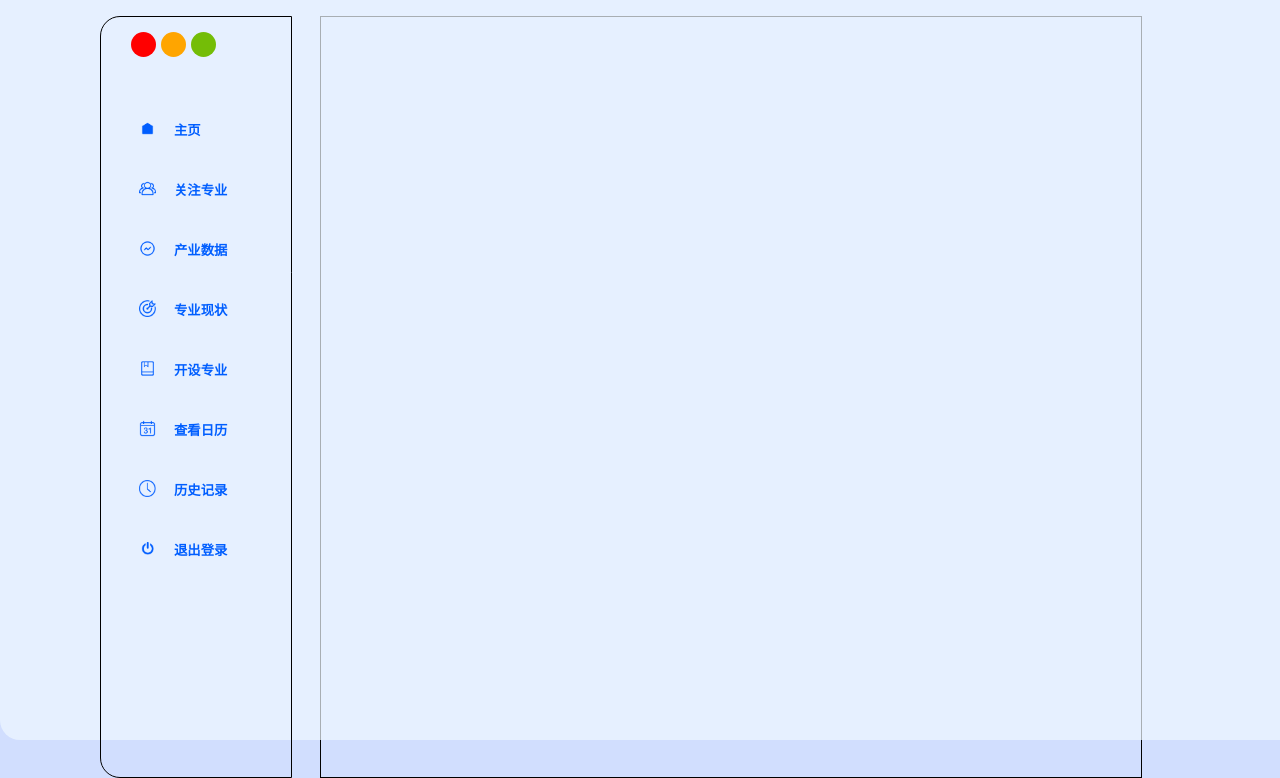
Repository: akaCSDN/test
Page: 2.1主页.html
These files come from the project's save history. The page is drawn as it stood at one moment and after the next save; the edit follows.
The browser window is 1280 px wide. The pictures show the whole page.

Above is the page before, as saved 2022-12-03 22:07:07.

### 2.1主页.html
<!DOCTYPE html>
<html lang="en">
<head>
    <meta charset="UTF-8">
    <meta http-equiv="X-UA-Compatible" content="IE=edge">
    <meta name="viewport" content="width=device-width, initial-scale=1.0,minimum-scale=1.0,maximum-scale=1.0,user-scal=no">
    <title>Document</title>
    <script src="./JS/jquery-3.6.0.js"></script>
    <style type="text/css">
        *{
            margin: 0;
            padding: 0;
            border: 0;
        }
        .main{
            width: 1300px;
            height: 760px;
            /* border: 1px solid black; */
            border-radius: 20px;
            background-color: aliceblue;
            opacity: 0.7;
            position: fixed;
            top: 0;
            right: 0;
            bottom: 0;
            left: 0;
            margin: auto;

        }
        .left{
            width: 190px;
            height: 760px;
            border-radius: 20px 0px 0px 20px;
            border-right: 3px solid rgba(146, 169, 213, 0.622);
            border: 1px solid black;
            position: absolute;
            margin-left: 100px;
            /* margin-top: 1px; */
            position: fixed;
        }
        .circle-point{
            width: 100px;
            height: 30px;
            /* border: 1px solid black; */
            margin-left: 25px;
            margin-top: 15px;
        }
        .circle-point div{
            width: 25px;
            height: 25px;
            border-radius: 100% 100% 100% 100%;
            float: left;
            opacity: 1;
            /* position: absolute; */
            margin-left: 5px;

        }
        .button{
            width: auto;
            height: auto;
            /* border: 1px solid black; */
            margin-top: 50px;


        }
        .button li{
            list-style-type: none;
            /* border: 1px solid black; */
            margin-top: 25px;
            width: 150px;
            margin-left: 13px;
            border-radius: 10px;
            /* background-color: rgb(255, 255, 255); */
            /* display:none ; */

        }
        .button button{
            width: 90px;
            height: 35px;
            text-align: left;
            margin-left: 60px;
            /* color: rgba(0, 94, 255, 0.909); */
            color: #005EFF;
            font-weight: 600;
            /* margin-top: 30px; */
            background: none;
            pointer-events: fill;


        }
        .button img{
            width: 17px;
            height: 17px;
            position: absolute;
            margin-top: 8px;
            margin-left: 25px;
        }
        .right{
            width: 820px;
            height: 760px;
            border: 1px solid black;
            margin-left: 320px;
            margin-top: 16px;
        }
    </style>
</head>
<body style="background-color: rgb(209, 222, 254);">

    <div class="main">
    </div>
    <div class="left">
        <div class="circle-point">
            <div style="background-color: red;"></div>
            <div style="background-color: orange;"></div>
            <div style="background-color:rgb(116, 189, 7);"></div>
        </div>
        <div class="button">
                <li><img src="./icon/主页.png" alt=""><button>主页</button></li>
                <li><img src="./icon/专业.png" alt=""><button>关注专业</button></li>
                <li><img src="./icon/数据.png" alt=""><button>产业数据</button></li>
                <li><img src="./icon/现状.png" alt=""><button>专业现状</button></li>
                <li><img src="./icon/开设.png" alt=""><button>开设专业</button></li>
                <li><img src="./icon/日历.png" alt=""><button>查看日历</button></li>
                <li><img src="./icon/历史.png" alt=""><button>历史记录</button></li>
                <li><img src="./icon/退出.png" alt=""><button>退出登录</button></li>
        </div>
    </div>
    <div class="right">

    </div>


</body>
<script>
    $(document).ready(function(){
            $(".button li").mouseover(function(){
                $(this).css("background-color","white")


        })

        $(".button li").mouseleave(function(){
                $(this).css("background","none")
        })
        $(".button li").click(function(){
            var name=$(this).text();
            switch (name) {
                case '关注专业':

                    break;

                default:
                    break;
            }
        })

    })
</script>
</html>

Loaded but not shown: JS/jquery-3.6.0.js (library)

After the next save:
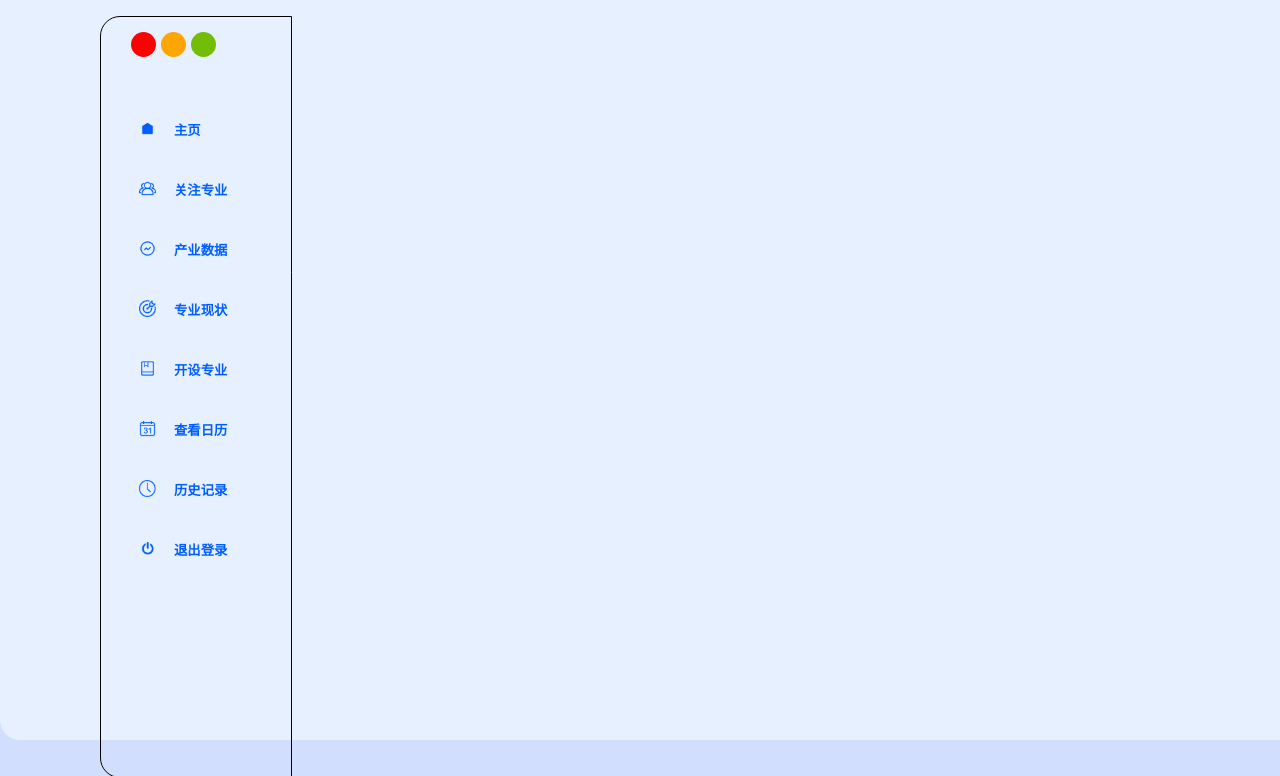
Saved 17 s later.
--- a/2.1主页.html
+++ b/2.1主页.html
@@ -98,7 +98,7 @@
         .right{
             width: 820px;
             height: 760px;
-            border: 1px solid black;
+            /* border: 1px solid black; */
             margin-left: 320px;
             margin-top: 16px;
         }
